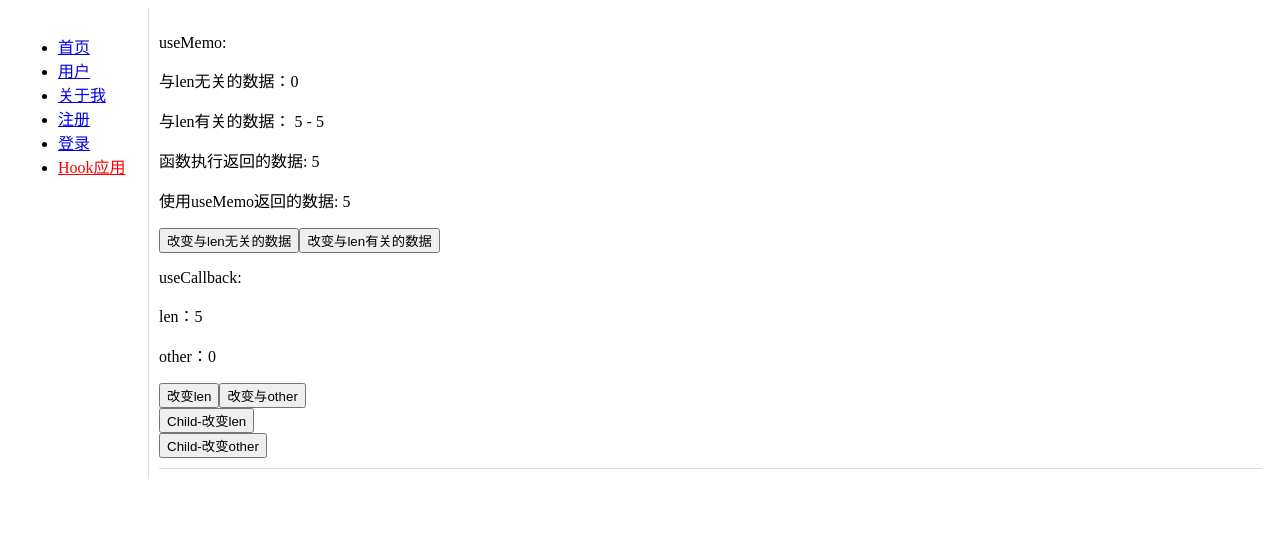
Repository: shellingfordly/js-library-Demo
Page: /hook (app in demo/react/demo/)
These files come from the project's save history. The page is drawn as it stood at one moment and after the next save; the edit follows.
The browser window is 1280 px wide. The pictures show the whole page.
The project was rebuilt for these pictures with package versions that can differ from the ones it lists, and the page was loaded fresh each time. Also part of the build but not shown: demo/react/demo/src/views/home/components/UseReducer.js, demo/react/demo/src/views/home/components/SetTimeout.js, demo/react/demo/src/views/home/hook/context.js, demo/react/demo/src/views/home/components/context/useContext.js, demo/react/demo/src/views/home/components/context/contextType.js, demo/react/demo/src/views/home/components/context/consumer.js, demo/react/demo/src/views/home/utils/highComponent.js, demo/react/demo/src/views/home/Home.js and 12 more.

Above is the page before, as saved 2021-01-18 08:45:18.

After the next save:
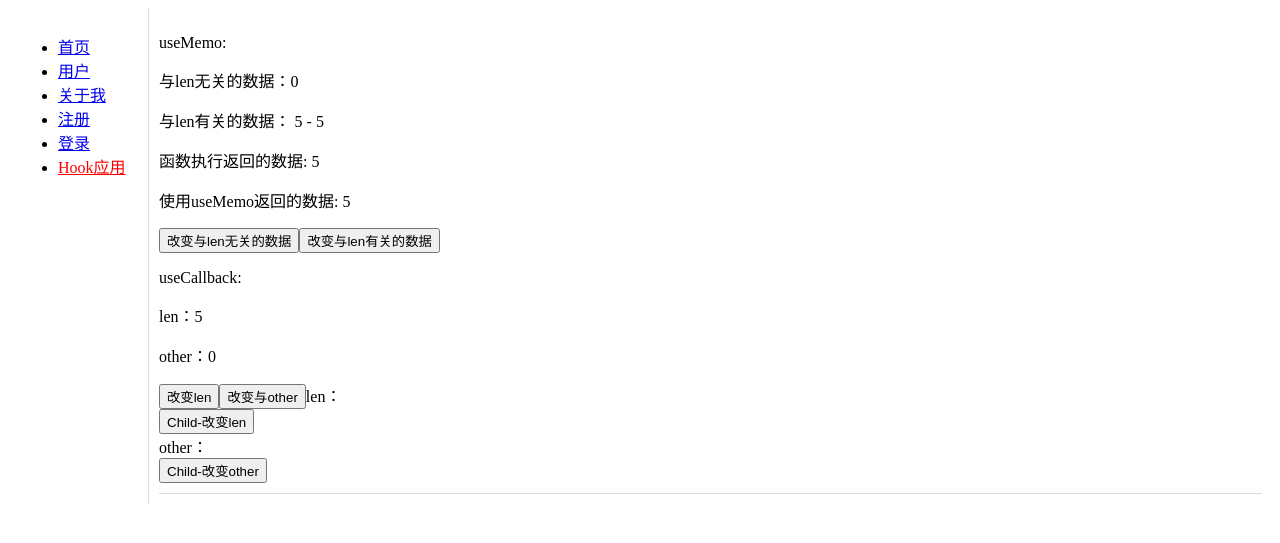
Saved 14 s later.
--- a/demo/react/demo/src/views/HookComponent/components/useCallback.js
+++ b/demo/react/demo/src/views/HookComponent/components/useCallback.js
@@ -18,8 +18,8 @@ export default function UseCallbackComponent() {
       <p>other：{other} </p>
       <button onClick={addLen}>改变len</button>
       <button onClick={() => { setOther(len++) }}>改变与other</button>
-      <LenChild addLen={addLen} />
-      <OtherChild addOther={addOther} />
+      len：<LenChild addLen={addLen} />
+      other：<OtherChild addOther={addOther} />
     </div>
   )
 }
